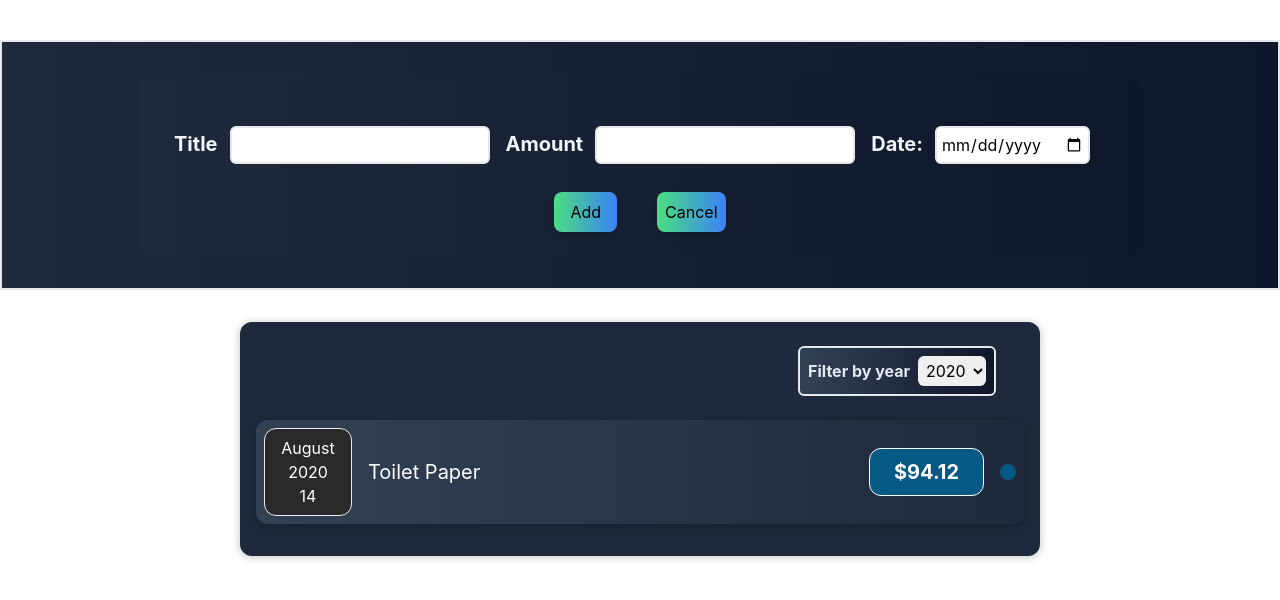
Repository: Sef24/expense-tracker
Page: /, after clicking the first element matching `button.flex`
An editor plug-in stored every save of this project. The page is shown before and after the next save, followed by the edit.
The browser window is 1280 px wide. The pictures show the whole page.
The project was rebuilt for these pictures with package versions that can differ from the ones it lists, and the page was loaded fresh each time. Also part of the build but not shown: src/components/NewExpense/NewExpense.css, src/components/NewExpense/ExpenseForm.css.

Above is the page before, as saved 2022-05-03 16:48:51.

After the next save:
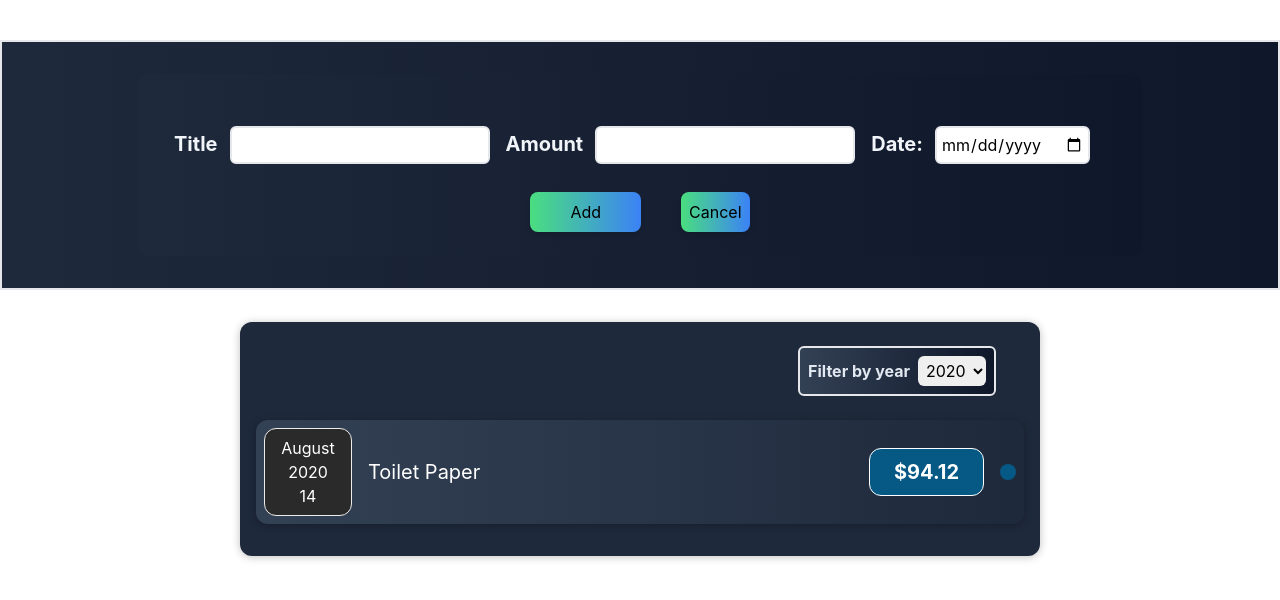
Saved 2 h 16 min later.
--- a/src/components/NewExpense/ExpenseForm.js
+++ b/src/components/NewExpense/ExpenseForm.js
@@ -67,7 +67,7 @@ function ExpenseForm(props) {
       <div className="flex flex-grow space-x-10 items-center justify-center ">
         <button
           type="submit"
-          className="p-2 mt-4 px-4 border-3 border-solid rounded-lg shadow-md
+          className="p-2 mt-4 px-10 border-3 border-solid rounded-lg shadow-md
           bg-gradient-to-r from-green-400 to-blue-500
           hover:from-pink-500 hover:to-yellow-500 ...
           active:opacity-75"
